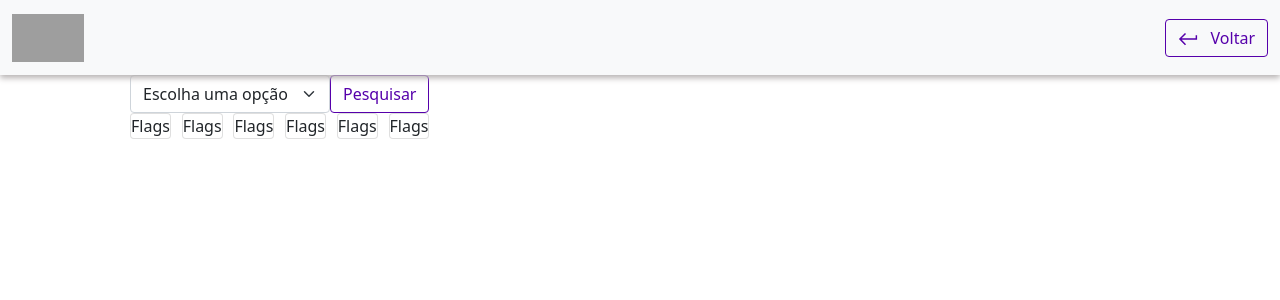
Repository: LuismGil/Countries-list
Page: /
These files come from the project's save history. The page is drawn as it stood at one moment and after the next save; the edit follows.
The browser window is 1280 px wide. The pictures show the whole page.
Pictures or frames that could not be fetched are drawn as grey boxes. The project was rebuilt for these pictures with package versions that can differ from the ones it lists, and the page was loaded fresh each time.

Above is the page before, as saved 2021-05-23 10:06:08.

After the next save:
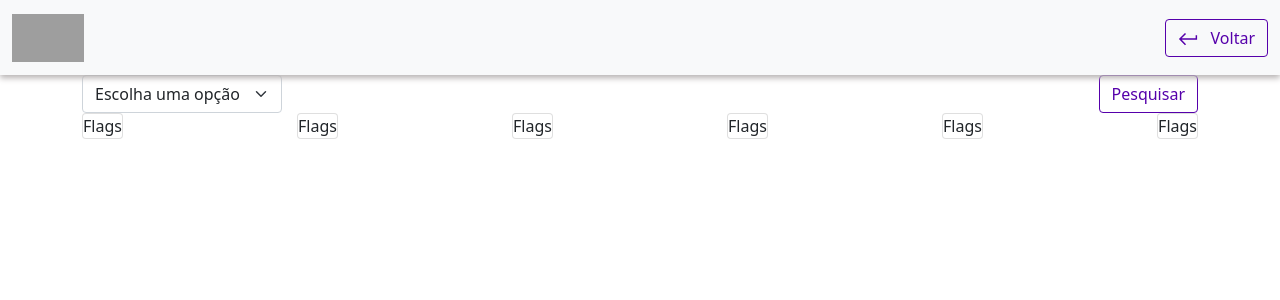
Saved 36 s later.
--- a/src/App.vue
+++ b/src/App.vue
@@ -2,7 +2,7 @@
   <main>
     <mv-header />
 
-    <router-view class="container px-5 flex justify-content-between" />
+    <router-view class=" px-5 flex justify-content-between" />
   </main>
 
 </template>
